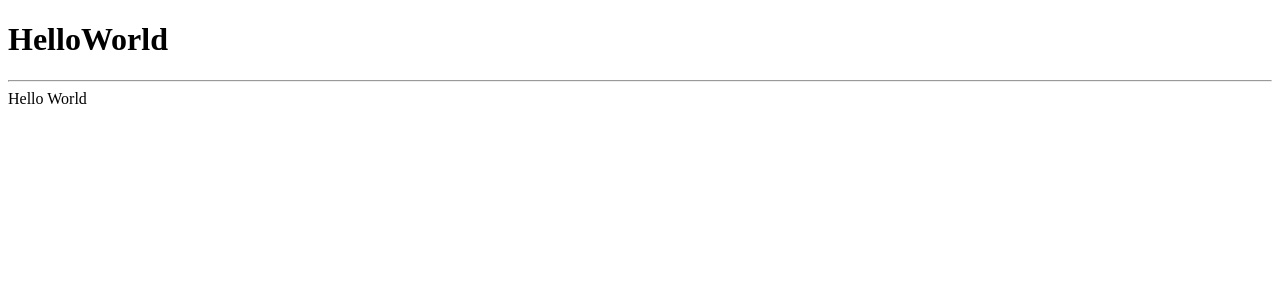
Repository: 13982720426/vue2.0-LearningNotes
Page: example/vue.lifeCycle.html
An editor plug-in stored every save of this project. The page is shown before and after the next save, followed by the edit.
The browser window is 1280 px wide. The pictures show the whole page.

Above is the page before, as saved 2021-06-24 19:52:36.

### example/vue.lifeCycle.html
<!DOCTYPE html>
<html lang="en">
  <head>
    <meta charset="UTF-8" />
    <meta http-equiv="X-UA-Compatible" content="IE=edge" />
    <meta name="viewport" content="width=device-width, initial-scale=1.0" />
    <title>HelloWord</title>
    <script type="text/javascript" src="../assets/js/vue.js"></script>
  </head>
  <body>
    <h1>HelloWorld</h1>
    <hr />
    <div id="app">{{message}}</div>
    <script type="text/javascript">
      var app = new Vue({
        el: '#app',
        data: {
          message: 'Hello World',
        },
      });
    </script>
  </body>
</html>

Loaded but not shown: assets/js/vue.js (library)

After the next save:
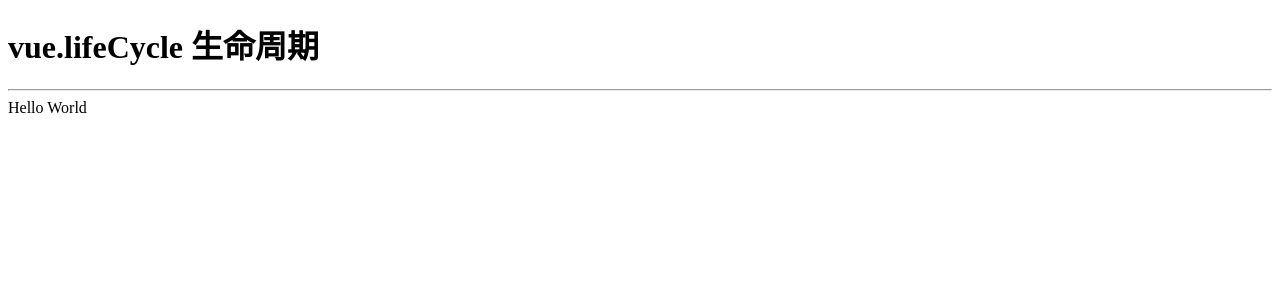
Saved 79 s later.
--- a/example/vue.lifeCycle.html
+++ b/example/vue.lifeCycle.html
@@ -4,11 +4,11 @@
     <meta charset="UTF-8" />
     <meta http-equiv="X-UA-Compatible" content="IE=edge" />
     <meta name="viewport" content="width=device-width, initial-scale=1.0" />
-    <title>HelloWord</title>
+    <title>vue.lifeCycle 生命周期</title>
     <script type="text/javascript" src="../assets/js/vue.js"></script>
   </head>
   <body>
-    <h1>HelloWorld</h1>
+    <h1>vue.lifeCycle 生命周期</h1>
     <hr />
     <div id="app">{{message}}</div>
     <script type="text/javascript">
